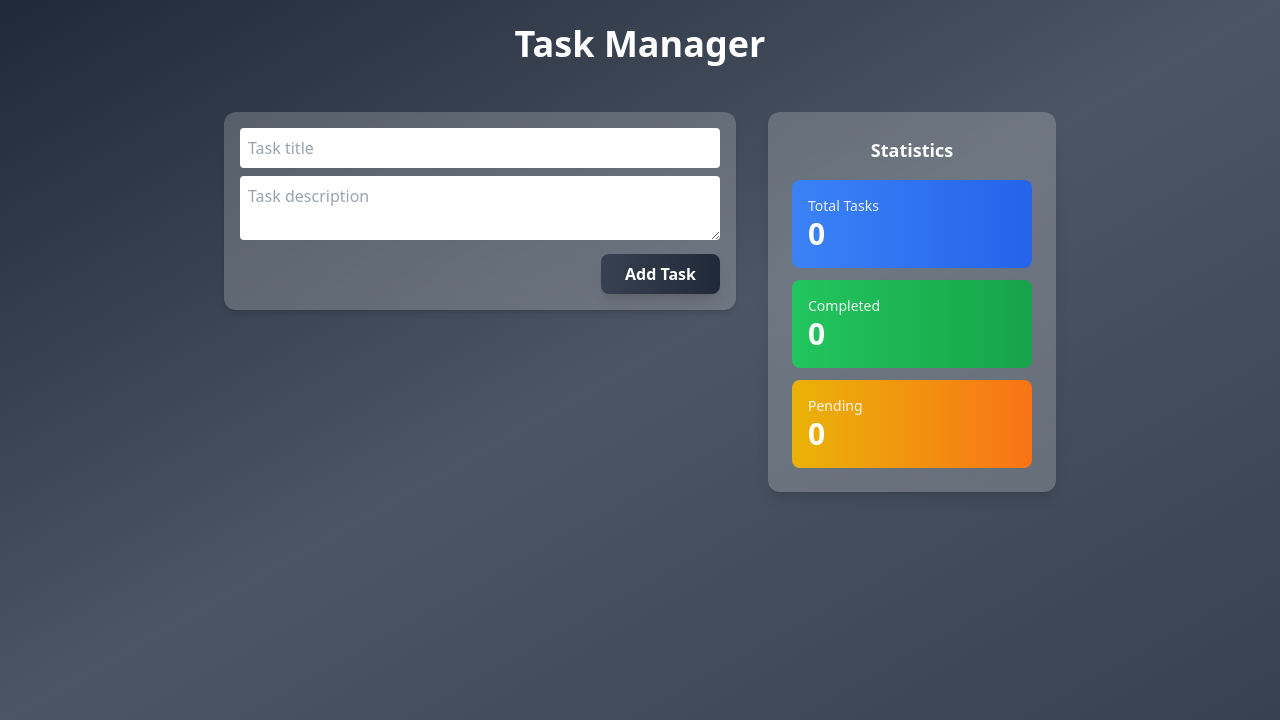
Repository: Meenakshi-commits/mern-task-manager
Page: / (app in client/)
The author's editor kept a copy of each file at every save. The page is drawn from the files as they stood at one save, then again after a run of saves.
The browser window is 1280 px wide. The pictures show the whole page.
The page's requests for data from a server got no answer. The project was rebuilt for these pictures with package versions that can differ from the ones it lists, and the page was loaded fresh each time. No one was signed in, and anything a server would have sent is missing. Also part of the build but not shown: client/vite.config.js, client/src/components/TaskItem.jsx.

Above is the page before, as saved 2026-01-09 17:42:29.

### client/src/App.jsx
import { useEffect, useState } from "react";
import api from "./services/api";
import TaskForm from "./components/TaskForm";
import TaskList from "./components/TaskList";

export default function App() {
  const [tasks, setTasks] = useState([]);

  const fetchTasks = async () => {
    const res = await api.get("/tasks");
    setTasks(res.data);
  };

  useEffect(() => {
    fetchTasks();
  }, []);

  const completed = tasks.filter((t) => t.completed).length;
  const pending = tasks.length - completed;

  return (
    <div className="min-h-screen bg-gradient-to-br from-gray-800 via-gray-600 to-gray-700 p-6">
      <h1 className="text-4xl font-bold text-center mb-12 text-white">
        Task Manager
      </h1>

      <div className="max-w-6xl mx-auto text-white">
        <div className="flex justify-center items-start gap-8">
          <div className="flex-1 max-w-lg">
            <TaskForm fetchTasks={fetchTasks} />
            <TaskList tasks={tasks} fetchTasks={fetchTasks} />
          </div>

          <div className="bg-white/20 backdrop-blur-lg p-6 rounded-xl shadow-lg w-72 h-fit sticky top-20">
            <h2 className="text-lg font-semibold mb-4 text-center">Statistics</h2>
            <div className="space-y-3">
              <div className="bg-gradient-to-r from-blue-500 to-blue-600 p-4 rounded-lg">
                <p className="text-sm opacity-90">Total Tasks</p>
                <p className="text-3xl font-bold">{tasks.length}</p>
              </div>
              <div className="bg-gradient-to-r from-green-500 to-green-600 p-4 rounded-lg">
                <p className="text-sm opacity-90">Completed</p>
                <p className="text-3xl font-bold">{completed}</p>
              </div>
              <div className="bg-gradient-to-r from-yellow-500 to-orange-500 p-4 rounded-lg">
                <p className="text-sm opacity-90">Pending</p>
                <p className="text-3xl font-bold">{pending}</p>
              </div>
            </div>
          </div>
        </div>
      </div>
    </div>
  );
}

### client/src/components/TaskForm.jsx
import { useState } from "react";
import api from "../services/api";

export default function TaskForm({ fetchTasks }) {
  const [title, setTitle] = useState("");
  const [description, setDescription] = useState("");

  const handleSubmit = async (e) => {
    e.preventDefault();
    if (!title) return;

    await api.post("/tasks", {
      title,
      description,
    });

    setTitle("");
    setDescription("");
    fetchTasks();
  };

  return (
    <form
      onSubmit={handleSubmit}
      className="bg-white/20 backdrop-blur-lg p-4 rounded-xl shadow-md"
    >
      <input
        type="text"
        placeholder="Task title"
        className="w-full mb-2 p-2 rounded"
        value={title}
        onChange={(e) => setTitle(e.target.value)}
      />

      <textarea
        placeholder="Task description"
        className="w-full mb-2 p-2 rounded"
        value={description}
        onChange={(e) => setDescription(e.target.value)}
      />

      <div className="flex justify-end">
        <button className="bg-gradient-to-r from-gray-700 to-gray-800 text-white font-semibold px-6 py-2 rounded-lg hover:from-gray-800 hover:to-gray-900 transition-all duration-200 shadow-lg hover:shadow-xl active:scale-95">
          Add Task
        </button>
      </div>
    </form>
  );
}

### client/src/components/TaskList.jsx
import TaskItem from "./TaskItem";

export default function TaskList({ tasks, fetchTasks }) {
  return (
    <div className="mt-4">
      {tasks.map((task) => (
        <TaskItem
          key={task._id}
          task={task}
          fetchTasks={fetchTasks}
        />
      ))}
    </div>
  );
}

Loaded but not shown: client/index.html (common file); client/src/main.jsx (common file); client/src/index.css (common file); client/src/services/api.js (common file); client/tailwind.config.js (common file)

After the next 4 saves:
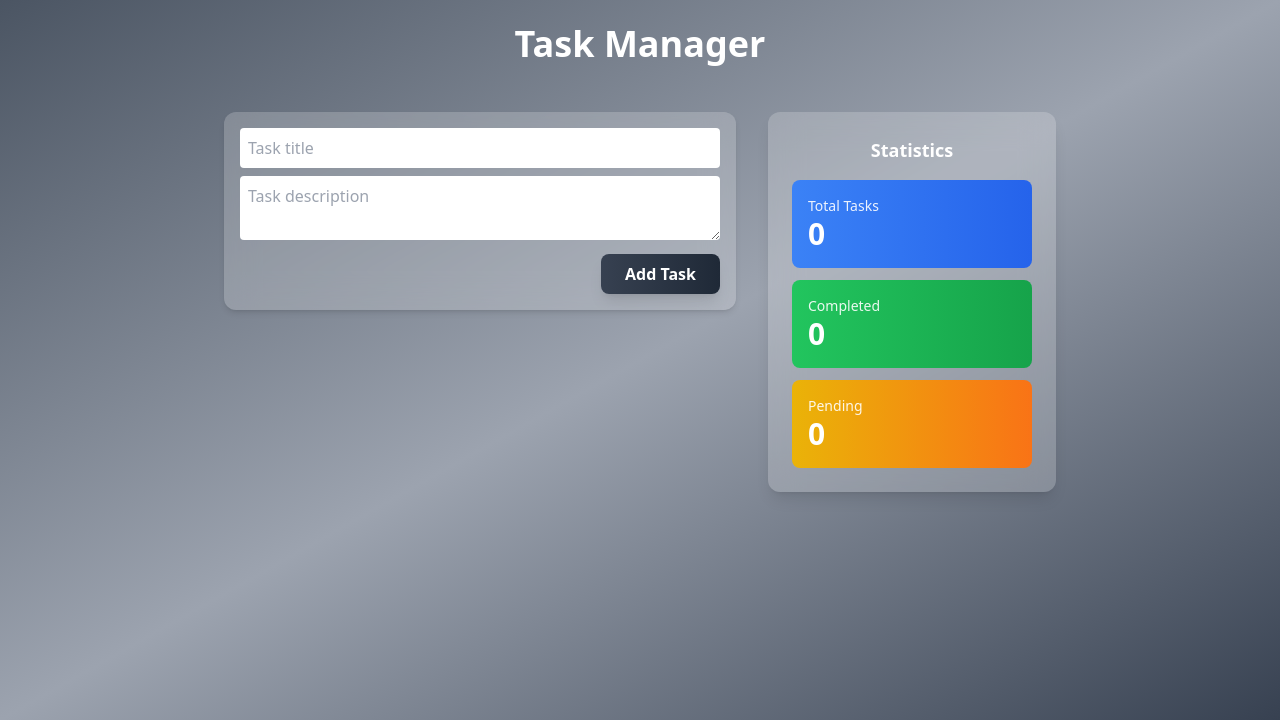
The 4 saves are shown as one change because they came seconds apart.
The last was saved 11 s later.
--- a/client/src/App.jsx
+++ b/client/src/App.jsx
@@ -19,7 +19,7 @@ export default function App() {
   const pending = tasks.length - completed;
 
   return (
-    <div className="min-h-screen bg-gradient-to-br from-gray-800 via-gray-600 to-gray-700 p-6">
+    <div className="min-h-screen bg-gradient-to-br from-gray-600 via-gray-400 to-gray-700 p-6">
       <h1 className="text-4xl font-bold text-center mb-12 text-white">
         Task Manager
       </h1>
